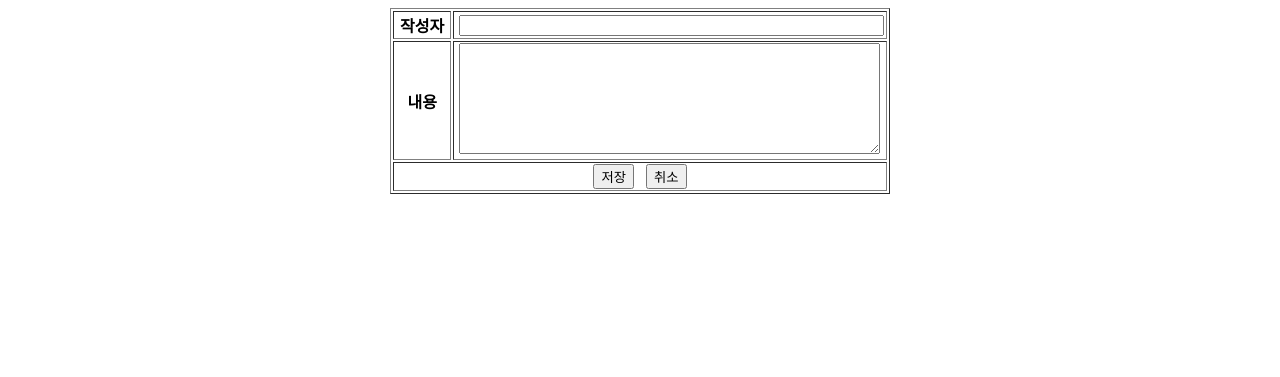
Repository: bjkim247/webproject
Page: webproject/jsptest/src/main/webapp/bbs/write.html
These files come from the project's save history. The page is drawn as it stood at one moment and after the next save; the edit follows.
The browser window is 1280 px wide. The pictures show the whole page.

Above is the page before, as saved 2023-11-29 05:27:54.

### webproject/jsptest/src/main/webapp/bbs/write.html
<!DOCTYPE html>
<html>
<head>
<meta charset="UTF-8">
<title>Insert title here</title>
</head>
<body>
<form method="post" action="/jsptest/VISIT">
      <table align="center" width="500" border="1">
        <tr>
            <th width="70">작성자</th>
        <td width="430">
          &nbsp;<input type="text" name="writer" size="50">
        </td>
        </tr>
        <tr>
        <th>내용</th>
        <td>
          &nbsp;<textarea rows="7" cols="50" name="memo"></textarea>
         </td>
        </tr>
        <tr>
         <td colspan="2" align="center">
           <input type="submit" value="저장">&nbsp;&nbsp;
           <input type="reset" value="취소">
         </td>
         </tr>
    </table>
    </form>
</body>
</html>

After the next save:
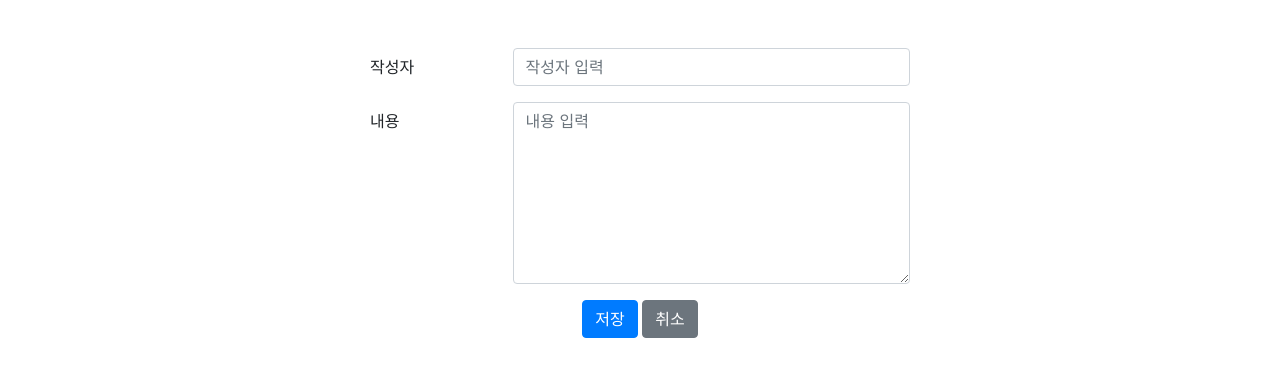
Saved 10 min 10 s later.
--- a/webproject/jsptest/src/main/webapp/bbs/write.html
+++ b/webproject/jsptest/src/main/webapp/bbs/write.html
@@ -1,31 +1,42 @@
 <!DOCTYPE html>
 <html>
 <head>
-<meta charset="UTF-8">
-<title>Insert title here</title>
+  <meta charset="UTF-8">
+  <title>부트스트랩을 이용한 폼 스타일링</title>
+  <!-- 부트스트랩 CDN 추가 -->
+  <link rel="stylesheet" href="https://maxcdn.bootstrapcdn.com/bootstrap/4.5.2/css/bootstrap.min.css">
 </head>
 <body>
-<form method="post" action="/jsptest/VISIT">
-      <table align="center" width="500" border="1">
-        <tr>
-            <th width="70">작성자</th>
-        <td width="430">
-          &nbsp;<input type="text" name="writer" size="50">
-        </td>
-        </tr>
-        <tr>
-        <th>내용</th>
-        <td>
-          &nbsp;<textarea rows="7" cols="50" name="memo"></textarea>
-         </td>
-        </tr>
-        <tr>
-         <td colspan="2" align="center">
-           <input type="submit" value="저장">&nbsp;&nbsp;
-           <input type="reset" value="취소">
-         </td>
-         </tr>
-    </table>
+
+  <div class="container mt-5">
+    <form method="post" action="/jsptest/VISIT">
+      <div class="row justify-content-center">
+        <div class="col-md-6">
+          <div class="form-group row">
+            <label for="writer" class="col-sm-3 col-form-label">작성자</label>
+            <div class="col-sm-9">
+              <input type="text" class="form-control" id="writer" name="writer" placeholder="작성자 입력" required>
+            </div>
+          </div>
+          <div class="form-group row">
+            <label for="memo" class="col-sm-3 col-form-label">내용</label>
+            <div class="col-sm-9">
+              <textarea class="form-control" id="memo" name="memo" rows="7" placeholder="내용 입력" required></textarea>
+            </div>
+          </div>
+          <div class="form-group row">
+            <div class="col-sm-12 text-center">
+              <button type="submit" class="btn btn-primary">저장</button>
+              <button type="reset" class="btn btn-secondary">취소</button>
+            </div>
+          </div>
+        </div>
+      </div>
     </form>
+  </div>
+
+  <!-- 부트스트랩 JS 및 jQuery 추가(선택사항) -->
+  <script src="https://ajax.googleapis.com/ajax/libs/jquery/3.5.1/jquery.min.js"></script>
+  <script src="https://maxcdn.bootstrapcdn.com/bootstrap/4.5.2/js/bootstrap.min.js"></script>
 </body>
 </html>
